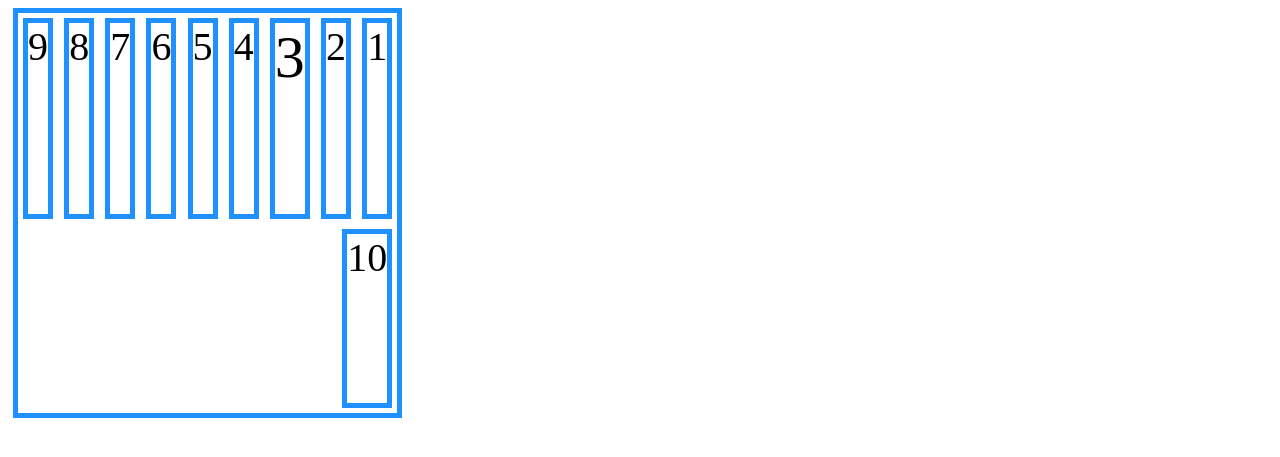
Repository: eversonps/flexbox-grid-css
Page: flexbox/flexbox1.html
The author's editor kept a copy of each file at every save. The page is drawn from the files as they stood at one save, then again after the next save.
The browser window is 1280 px wide. The pictures show the whole page.

Above is the page before, as saved 2022-03-23 15:27:23.

After the next save:
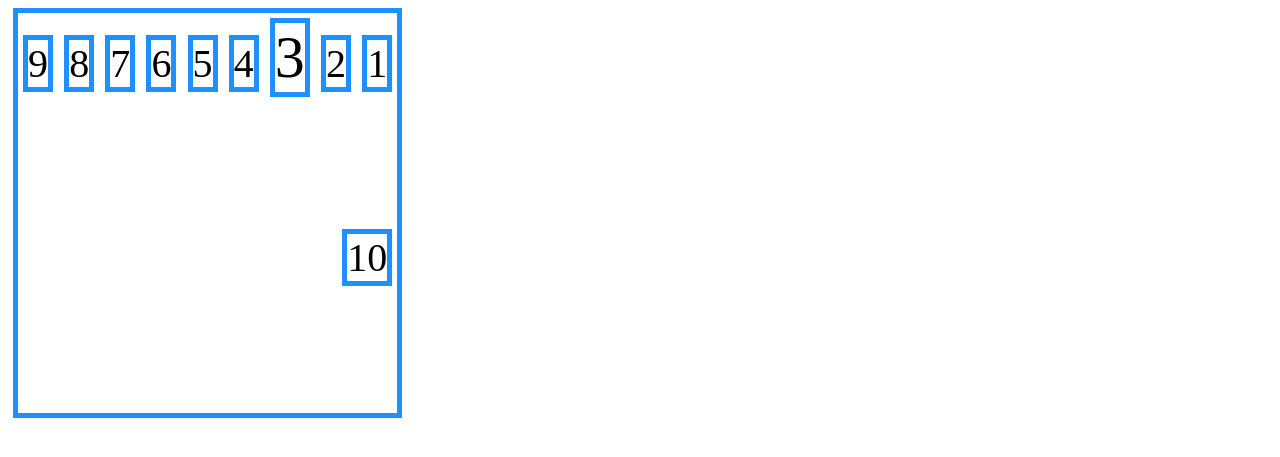
Saved 11 s later.
--- a/flexbox/flexbox1.html
+++ b/flexbox/flexbox1.html
@@ -38,6 +38,7 @@
 
             height: 400px;
             align-items: stretch;
+            align-items: baseline;
         }
 
     </style>
